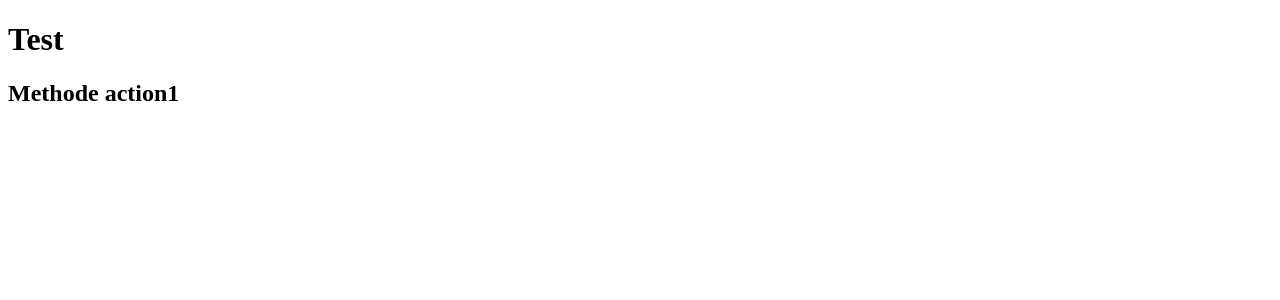
Repository: SenhajiMahmoud/SalimProject
Page: SalimProj/pizzSal/src/main/webapp/test.html
These files come from the project's save history. The page is drawn as it stood at one moment and after the next save; the edit follows.
The browser window is 1280 px wide. The pictures show the whole page.

Above is the page before, as saved 2016-02-07 00:57:24.

### SalimProj/pizzSal/src/main/webapp/test.html
<!DOCTYPE html>
<html>
<head>
<meta charset="ISO-8859-1">
<title>Insert title here</title>
</head>
<body>
	<h1>Test</h1>

	<form action="/a01.do">
		<h2>Methode action1</h2>


	</form>
</body>
</html>

After the next save:
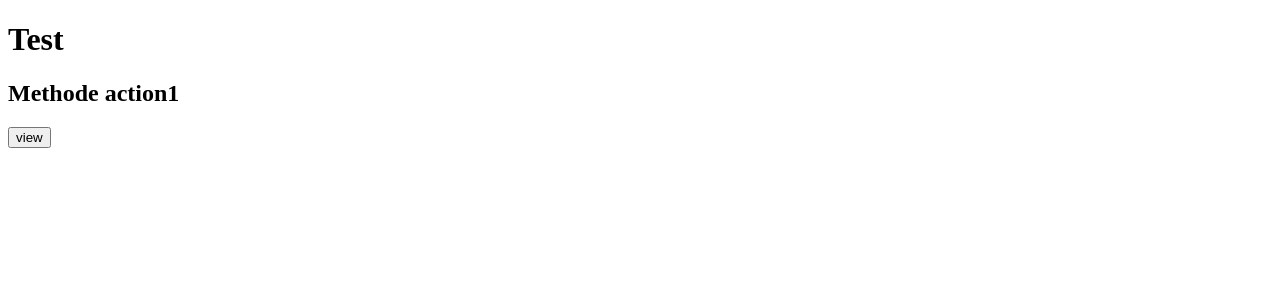
Saved 16 s later.
--- a/SalimProj/pizzSal/src/main/webapp/test.html
+++ b/SalimProj/pizzSal/src/main/webapp/test.html
@@ -10,7 +10,7 @@
 	<form action="/a01.do">
 		<h2>Methode action1</h2>
 
-
+		<button>view</button>
 	</form>
 </body>
 </html>
